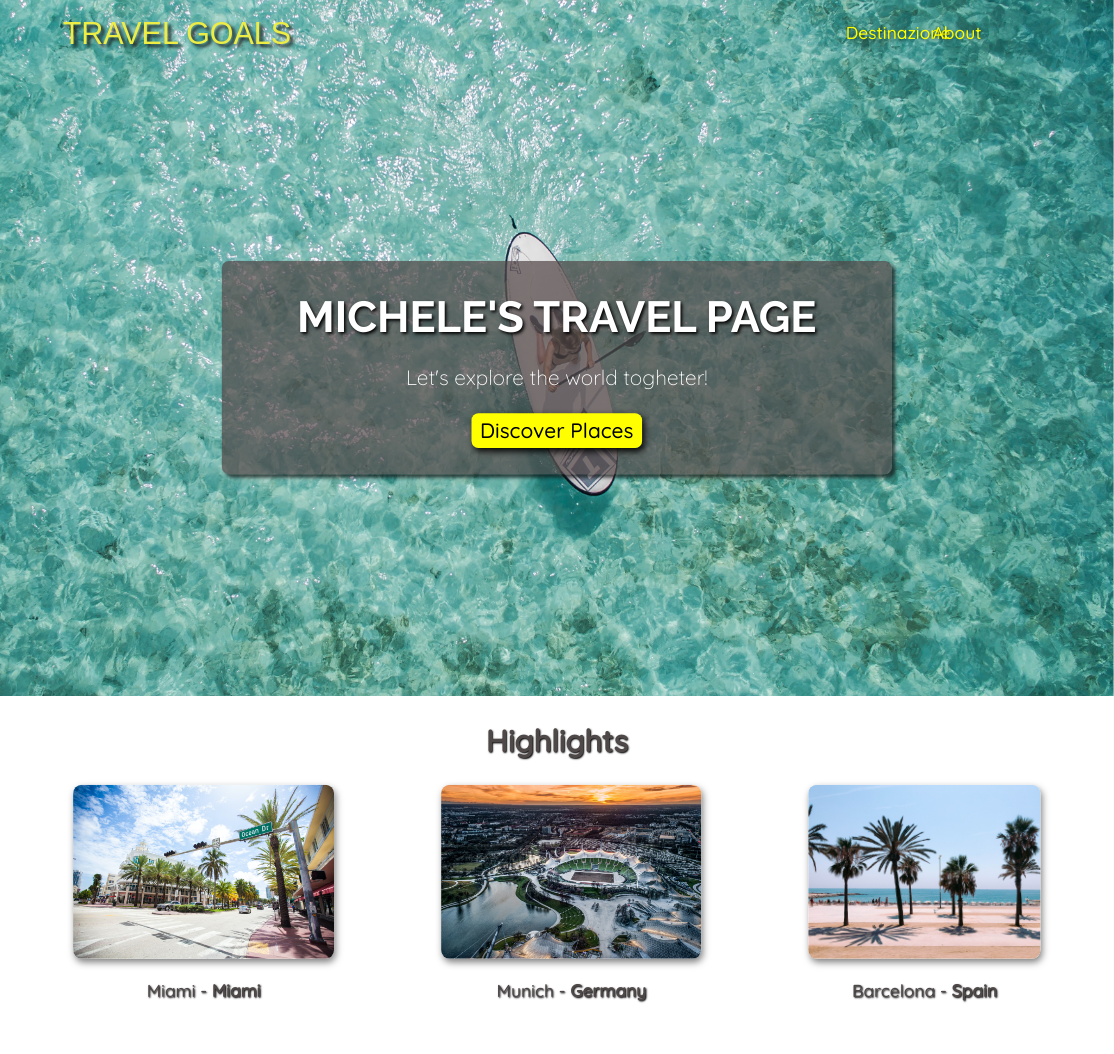
Repository: MicTomm/Travel-Goals
Page: index.html
These files come from the project's save history. The page is drawn as it stood at one moment and after the next save; the edit follows.
The browser window is 1280 px wide. The pictures show the whole page, at 87% of full size.
Some web fonts or font styles are not loaded; a fallback is used.

Above is the page before, as saved 2023-06-05 16:44:19.

### index.html
<!DOCTYPE html>
<html lang="it">

<head>
    <meta charset="UTF-8">
    <title>Travel Goals</title>
    <link rel="stylesheet"
        href="https://fonts.googleapis.com/css2?family=Raleway:wght@700&family=Oleo+Script:wght@700&family=Quicksand:wght@300;500&display=swap">
    <link href="styles/shared.css" rel="stylesheet">
    <link href="styles/main-page-style.css" rel="stylesheet">
</head>

<body>
    <header>
        <div id="logo">
            <a href="/index.html">Travel Goals</a>
        </div>
        <nav>
            <ul>
                <li><a href="/places.html">Destinazione</a></li>
                <li><a href="">About</a></li>
            </ul>
        </nav>
    </header>
    <main>
        <section id="hero-image-section">
            <div id="div-section1">
                <h1>Michele's Travel Page</h1>
                <p>Let's explore the world togheter!</p>
                <a href="/places.html">Discover Places</a>
            </div>
        </section>
        <section id="highlights">
            <h2>Highlights</h2>
            <ul id="destinations">
                <li class="destination">
                    <img src="images/places/miami.jpg" alt="Miami">
                    <p>Miami - <strong>Miami</strong></p>
                </li>
                <li class="destination">
                    <img src="/images/places/munich.jpg" alt="Munich">
                    <p>Munich - <strong>Germany</strong></p>
                </li>
                <li class="destination">
                    <img src="/images/places/barcelona.jpg" alt="Barcelona">
                    <p>Barcelona - <strong>Spain</strong></p>
                </li>
            </ul>
        </section>
    </main>
    <footer></footer>
</body>

</html>

### styles/shared.css
body{
    margin: 0px;
    font-family: 'Quicksand', sans-serif;
}

#logo a{
    font-family: 'Oleo script', sans-serif;
    font-size: 35px;
    text-decoration: none;
    color: rgb(237, 237, 70);
    text-shadow: 4px 4px 4px rgb(31, 29, 29);
    text-transform: uppercase;
}

#logo a:hover{
    background-color: transparent;

}

### styles/main-page-style.css
header {
    display: flex;
    justify-content: space-between;
    align-items: center;
    padding: 15px 60px;
    position: absolute;
    width: 100%;
    box-sizing: border-box;
}

ul {
    list-style: none;
    padding: 0px;
    margin: 0px;
}

header ul {
    margin: 10px;
    display: flex;
    /* justify-content: space-between; */
    width: 250px;
}

header li {
    width: 100px;
}

header a{
    font-size: 20px;
    text-decoration: none;
    color: yellow;
    text-shadow: 1px 1px 4px rgba(0, 0, 0, 0.5);
    padding: 12px;
}

header a:hover{
    background-color: yellow;
    box-shadow: 2px 2px 4px rgba(0, 0, 0, 0.5);
    color: rgb(67, 60, 60);
    text-shadow: 1px 1px 2px rgb(0, 0, 0, 0.5);
    border-radius: 8px;
}

#hero-image-section {
    text-align: center;
    background-image: url("/images/places/ocean.jpg");
    background-position: center;
    background-size: cover;
    height: 800px;
    /* padding-top: 100px; (alternativa per spostare div-section1 più in basso)*/
}

#div-section1 {
    background-color: rgba(82, 70, 70, 0.7);
    box-shadow: 4px 4px 4px rgba(18, 18, 18, 0.7);
    width: 700px;
    margin: 0px auto;
    padding: 35px;
    border-radius: 8px;
    position: relative;
    top: 300px;
}

#div-section1 h1 {
    font-size: 50px;
    color: white;
    font-family: 'Raleway', sans-serif;
    text-shadow: 2px 2px 4px black;
    text-transform: uppercase;
    margin: 0px;
}

#div-section1 p {
    color: white;
    font-size: 24px;
    font-weight: 300;
    margin-bottom: 32px;
}

#div-section1 a{
 font-size: 24px;
 text-decoration: none;
 color: black;
 border-radius: 8px;
 background-color: yellow;
 padding: 5px 10px;
 box-shadow: 3px 4px 8px black;
}

#div-section1 a:hover{
    background-color: greenyellow;
    text-shadow: 1px 1px 2px rgba(0, 0, 0, 0.5);
}

#highlights{
    text-align: center;
}

#highlights ul{
    display: flex;
    width: 90%;
    margin: auto;
    justify-content: space-between;
    margin-bottom: 40px;
}

#highlights li{
   margin: 0px 20px;
}

#highlights img{
    height: 200px;
    box-shadow: 2px 4px 8px rgb(0, 0, 0, 0.5);
    border-radius: 10px;
    width: 100%;
    object-fit: cover;
}

#highlights h2{
    font-size: 35px;
    text-shadow: 1px 1px 2px black;
    color: rgb(79, 72, 72);
}

#highlights p{
    color: rgb(79, 72, 72);
    text-shadow: 1px 1px 2px black;
    font-size: 20px;
}

After the next save:
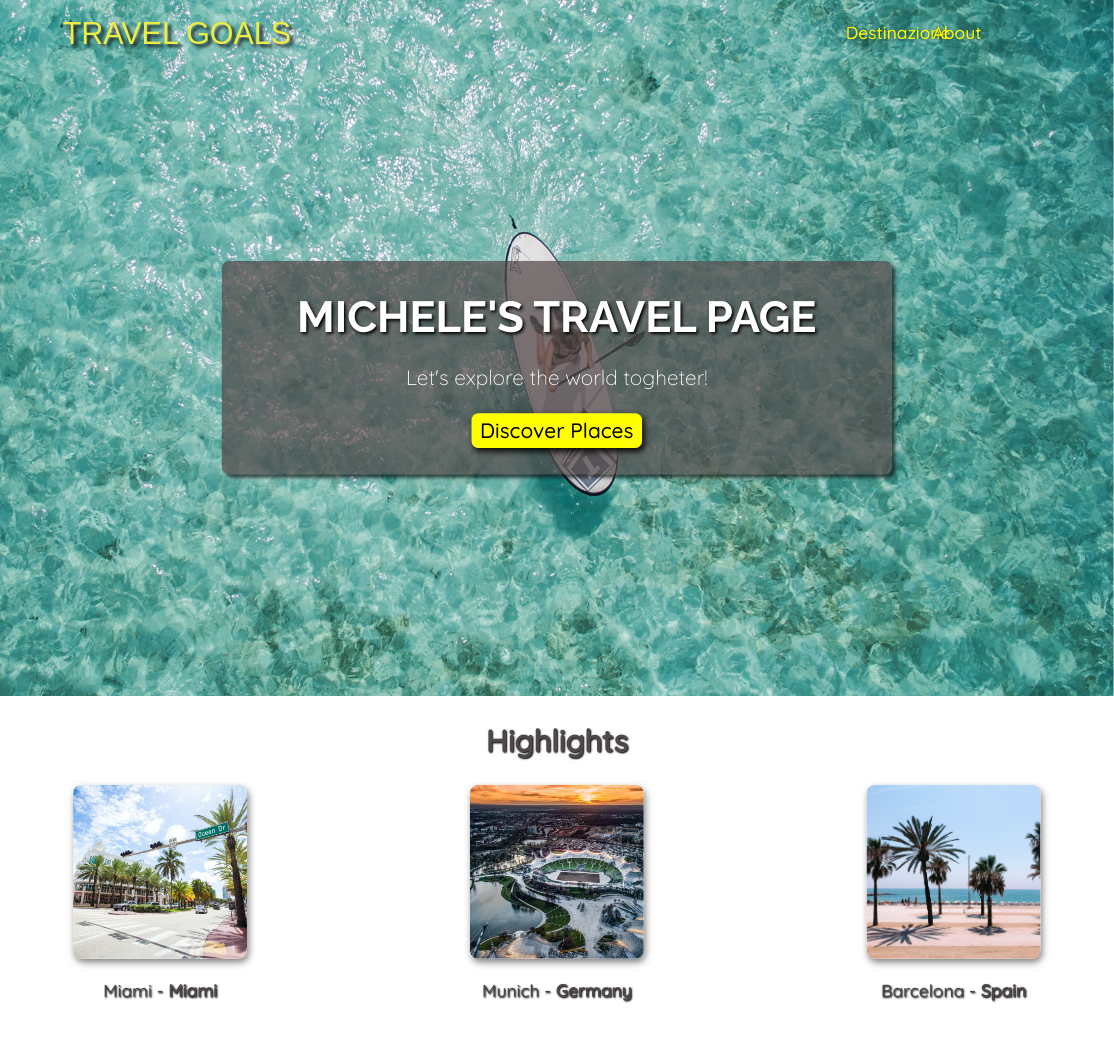
Saved 2 min 14 s later.
--- a/styles/main-page-style.css
+++ b/styles/main-page-style.css
@@ -112,7 +112,7 @@
     height: 200px;
     box-shadow: 2px 4px 8px rgb(0, 0, 0, 0.5);
     border-radius: 10px;
-    width: 100%;
+    width: 200px;
     object-fit: cover;
 }
 

After the save that followed:
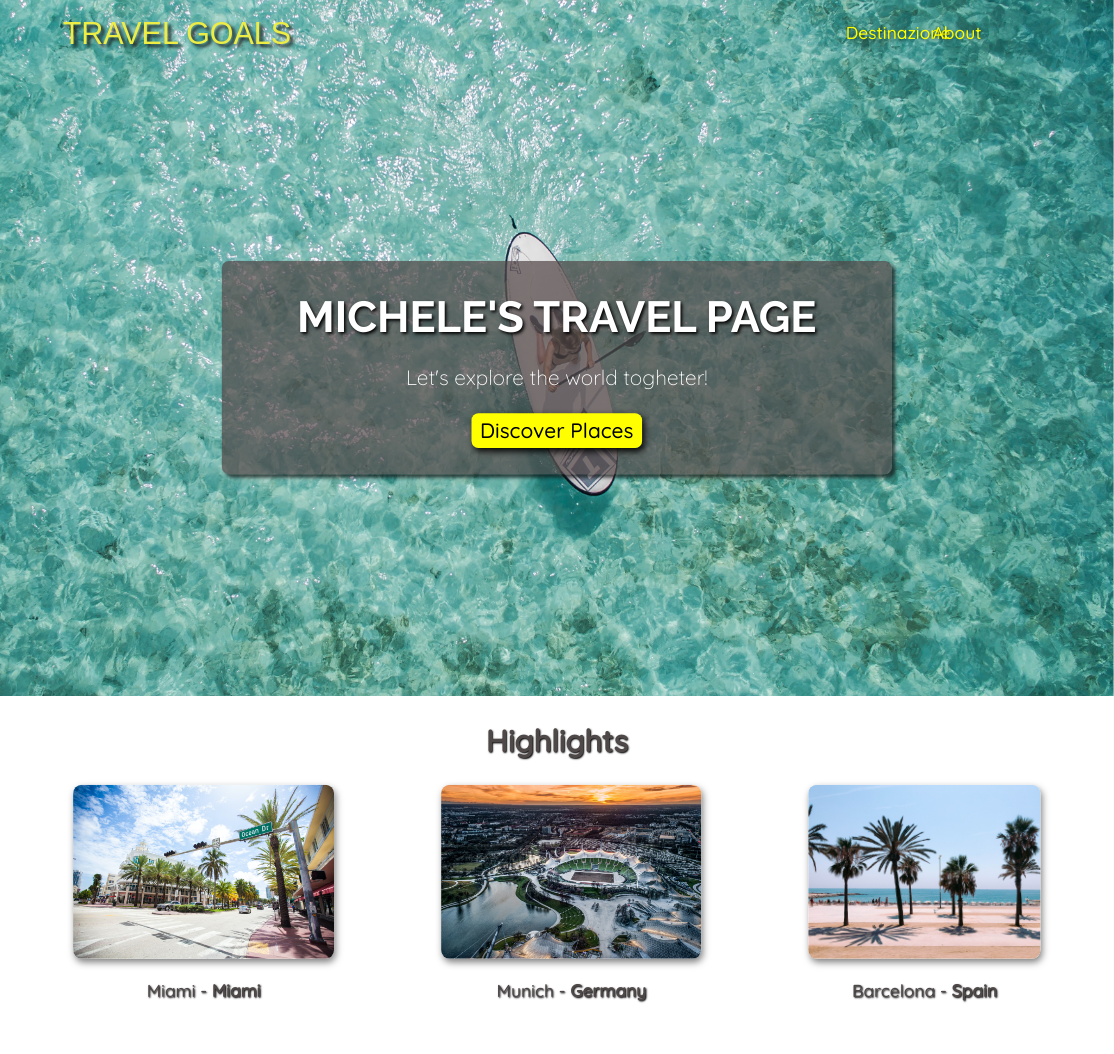
Saved 79 s later.
--- a/styles/main-page-style.css
+++ b/styles/main-page-style.css
@@ -112,7 +112,7 @@
     height: 200px;
     box-shadow: 2px 4px 8px rgb(0, 0, 0, 0.5);
     border-radius: 10px;
-    width: 200px;
+    width: 100%;
     object-fit: cover;
 }
 
